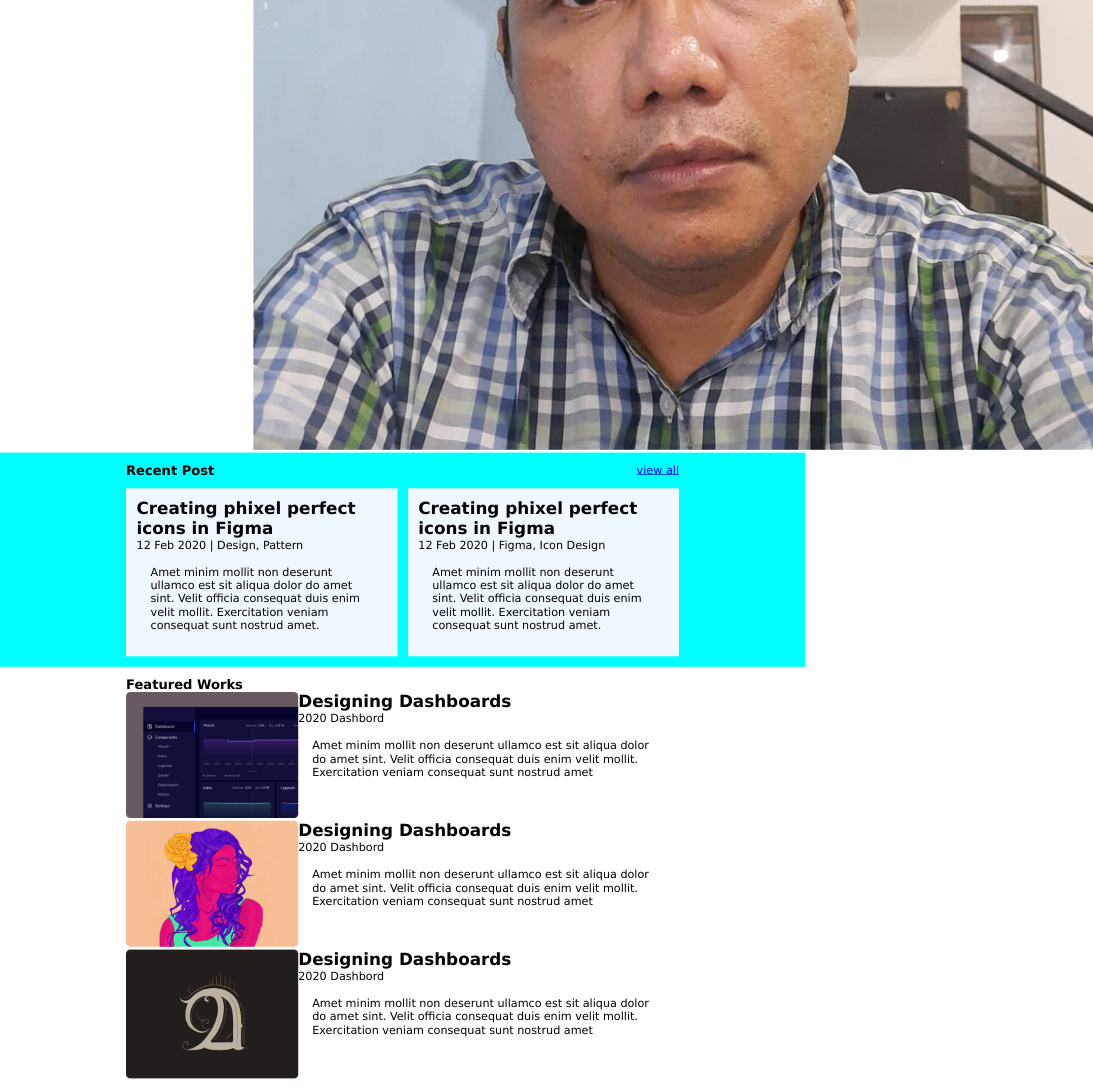
Repository: jafetdn73/portofolio
Page: index.html
An editor plug-in stored every save of this project. The page is shown before and after the next save, followed by the edit.
The browser window is 1280 px wide. The page is 1562 px wide, so the pictures cover 1562 px, including what lies to the right of the window. The pictures show the part of the page from y = 751 to 2311 px (the page is 2311 px tall), at 70% of full size.

Above is the page before, as saved 2022-02-23 11:14:27.

After the next save:
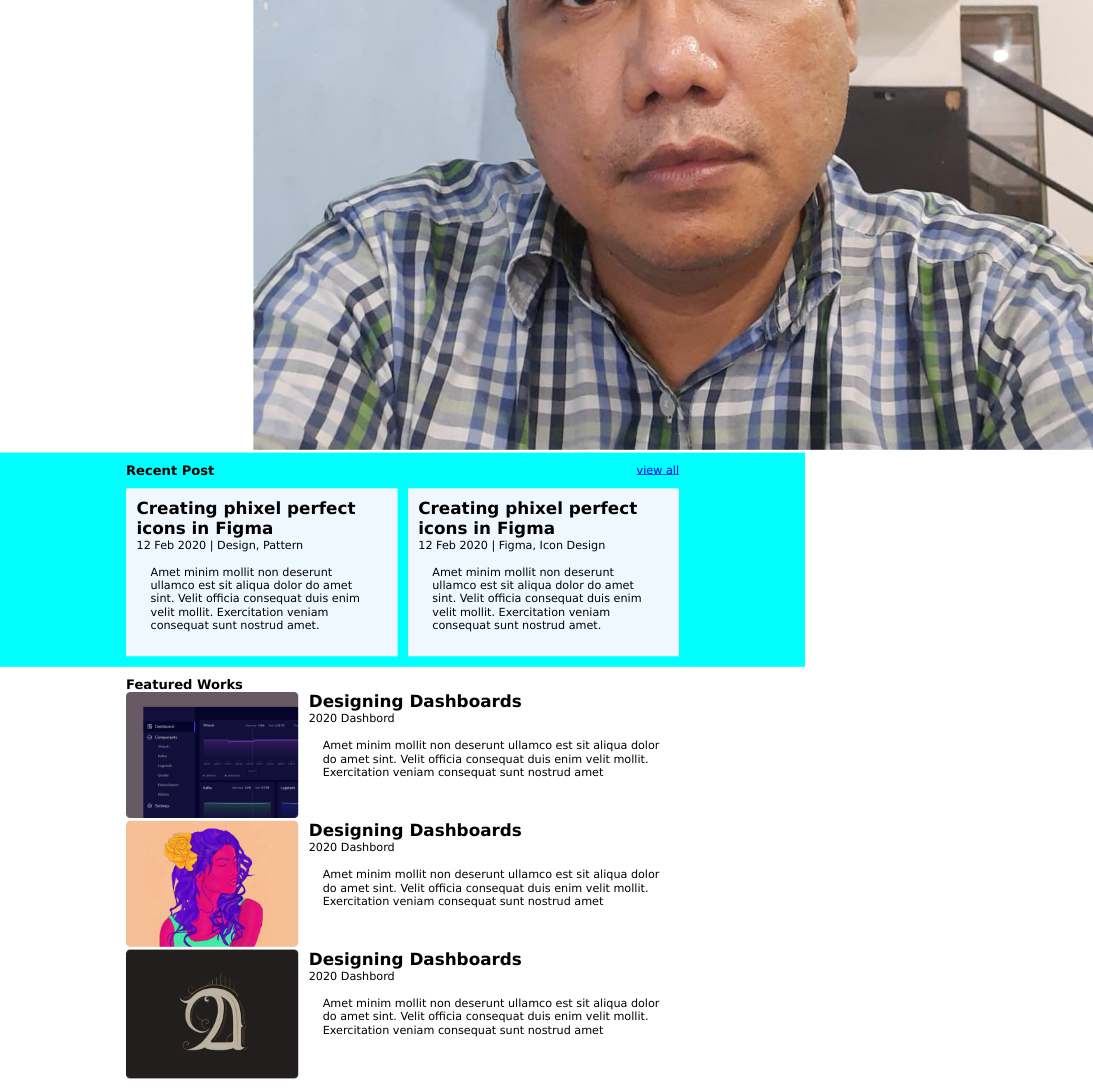
Saved 45 s later.
--- a/figma.css
+++ b/figma.css
@@ -84,3 +84,7 @@
 .featured-detail {
     display:flex;
 }
+
+.featured-image {
+    margin-right: 15px;
+}
